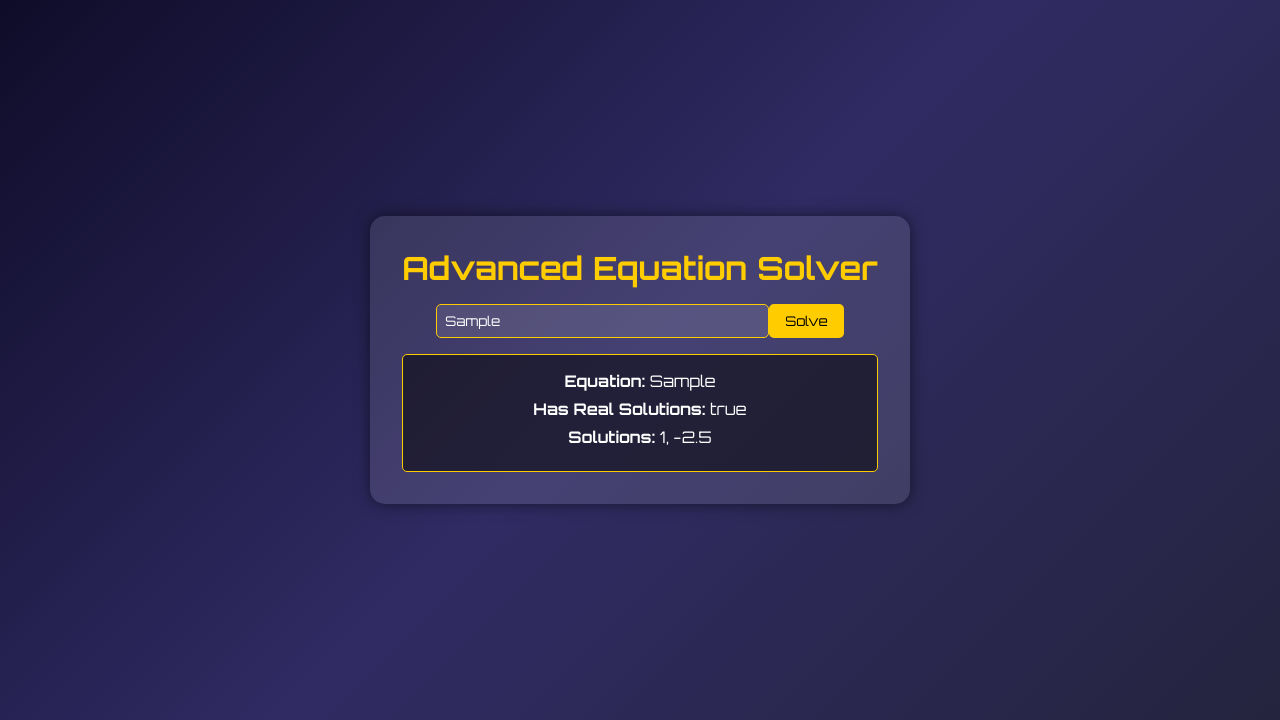
Repository: ngl-ankit/equation-solver
Page: index.html
An editor plug-in stored every save of this project. The page is shown before and after the next save, followed by the edit.
The browser window is 1280 px wide. The pictures show the whole page.
Empty fields were first filled with sample values (such as "Sample", 5 or name@example.com).
After loading, the first visible `#equation-form` was submitted once.

Above is the page before, as saved 2024-07-07 12:09:47.

After the next save:
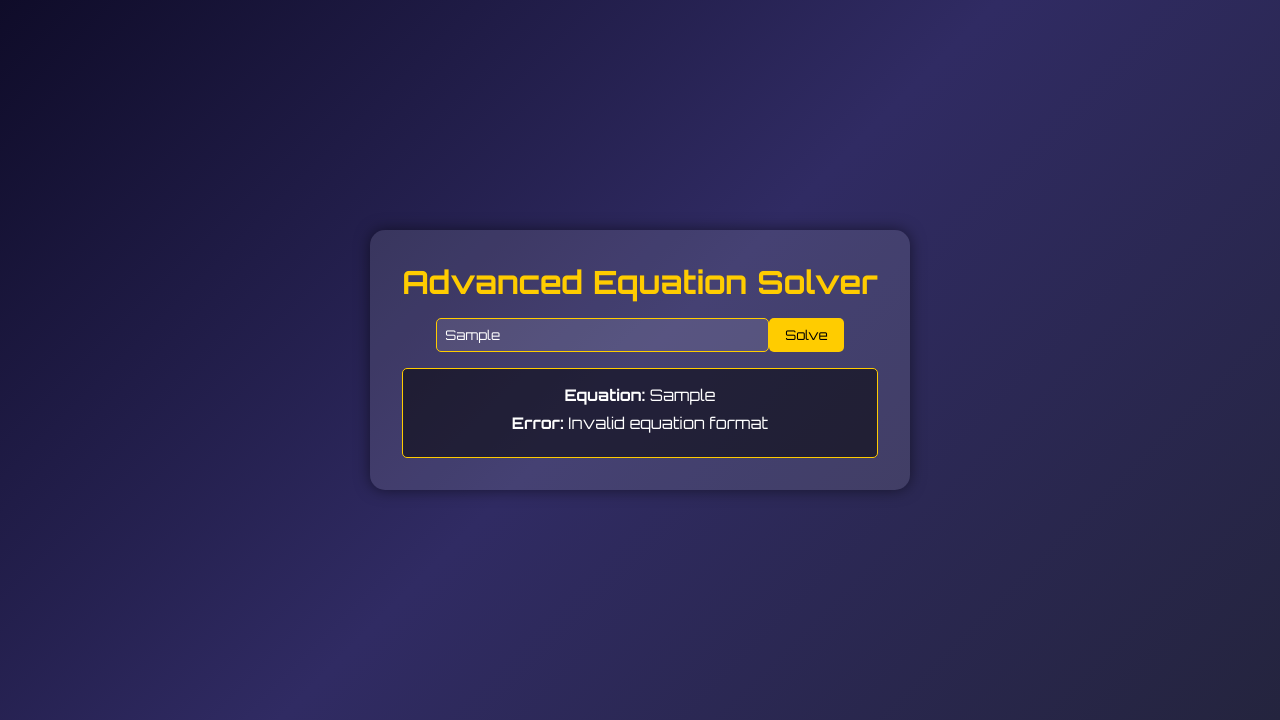
Saved 11 s later.
--- a/script.js
+++ b/script.js
@@ -6,31 +6,38 @@ document.getElementById('equation-form').addEventListener('submit', function (ev
 });
 
 function solveEquation(equation) {
-  // Parsing the equation (simple parsing for demonstration)
-  const [a, b, c] = [2, 3, -5];
+  // Parsing the equation using regex for more flexibility
+  const regex = /([-+]?\d*\.?\d*)x\^2\s*([-+]?\d*\.?\d*)x\s*([-+]?\d*\.?\d*)\s*=\s*0/;
+  const matches = equation.match(regex);
+  if (!matches) {
+    return { equation, error: 'Invalid equation format' };
+  }
 
-  const discriminant = () => b ** 2 - 4 * a * c;
-  const hasRealSolutions = discriminant() >= 0 ? true : false;
+  const [_, a, b, c] = matches.map(Number);
 
+  // Calculate the discriminant
+  const discriminant = b ** 2 - 4 * a * c;
+  const hasRealSolutions = discriminant >= 0;
   const solutions = hasRealSolutions ? [
-    (-b + Math.sqrt(discriminant())) / (2 * a),
-    (-b - Math.sqrt(discriminant())) / (2 * a)
+    (-b + Math.sqrt(discriminant)) / (2 * a),
+    (-b - Math.sqrt(discriminant)) / (2 * a)
   ] : [];
 
-  const result = {
+  return {
     equation,
     hasRealSolutions,
-    solutions
+    solutions,
+    discriminant
   };
-
-  return result;
 }
 
 function displayResults(result) {
   const resultsDiv = document.getElementById('results');
   resultsDiv.innerHTML = `
     <p><strong>Equation:</strong> ${result.equation}</p>
+    ${result.error ? `<p><strong>Error:</strong> ${result.error}</p>` : `
+    <p><strong>Discriminant:</strong> ${result.discriminant}</p>
     <p><strong>Has Real Solutions:</strong> ${result.hasRealSolutions}</p>
-    <p><strong>Solutions:</strong> ${result.solutions.length ? result.solutions.join(', ') : 'No real solutions'}</p>
+    <p><strong>Solutions:</strong> ${result.solutions.length ? result.solutions.join(', ') : 'No real solutions'}`}
   `;
 }
